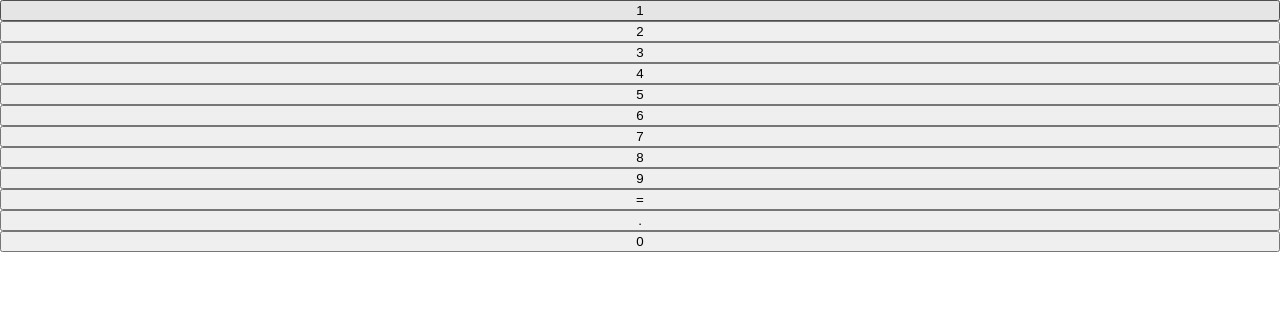
Repository: hoangphuong965/calculator_react
Page: /
The author's editor kept a copy of each file at every save. The page is drawn from the files as they stood at one save, then again after the next save.
The browser window is 1280 px wide. The pictures show the whole page.
The project was rebuilt for these pictures with package versions that can differ from the ones it lists, and the page was loaded fresh each time.

Above is the page before, as saved 2020-08-04 08:00:40.

After the next save:
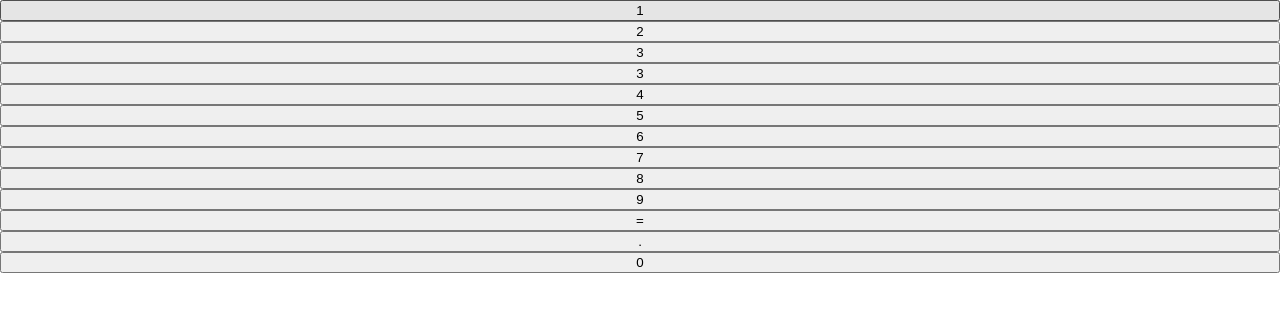
Saved 11 s later.
--- a/src/component/Key.js
+++ b/src/component/Key.js
@@ -7,6 +7,7 @@ function Key() {
       <div className="key-number">
         <button className="data-key">1</button>
         <button className="data-key">2</button>
+        <button className="data-key">3</button>
         <button className="data-key">3</button>
         <button className="data-key">4</button>
         <button className="data-key">5</button>
